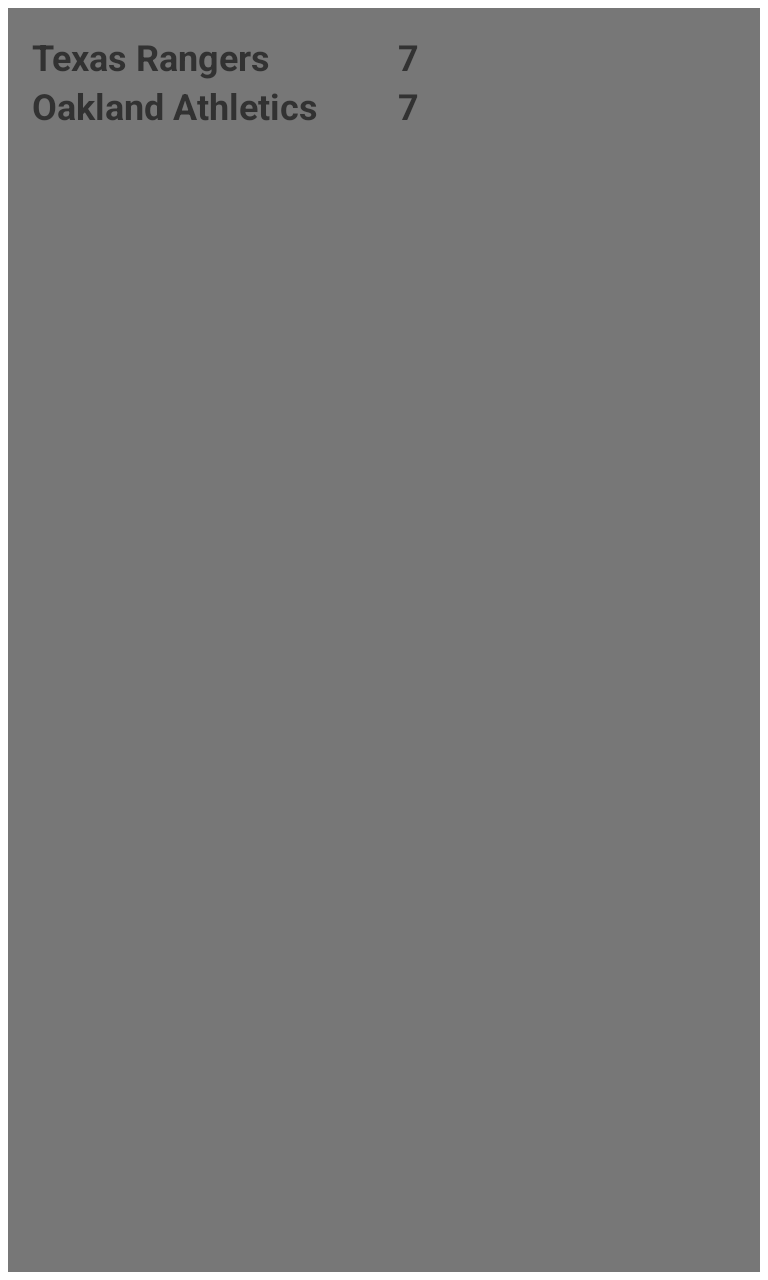
Repository: jemcphe/MDF3
Layout: Week3 Widget/TeamWidget/res/layout/widget_layout.xml
An editor plug-in stored every save of this project. The layout is shown before and after the next save, followed by the edit.
It is drawn on a 768 x 1280 px phone screen (xhdpi) without system bars, with theme AppTheme; the app's code is not run.

Above is the layout before, as saved 2013-07-26 21:57:45.

After the next save:
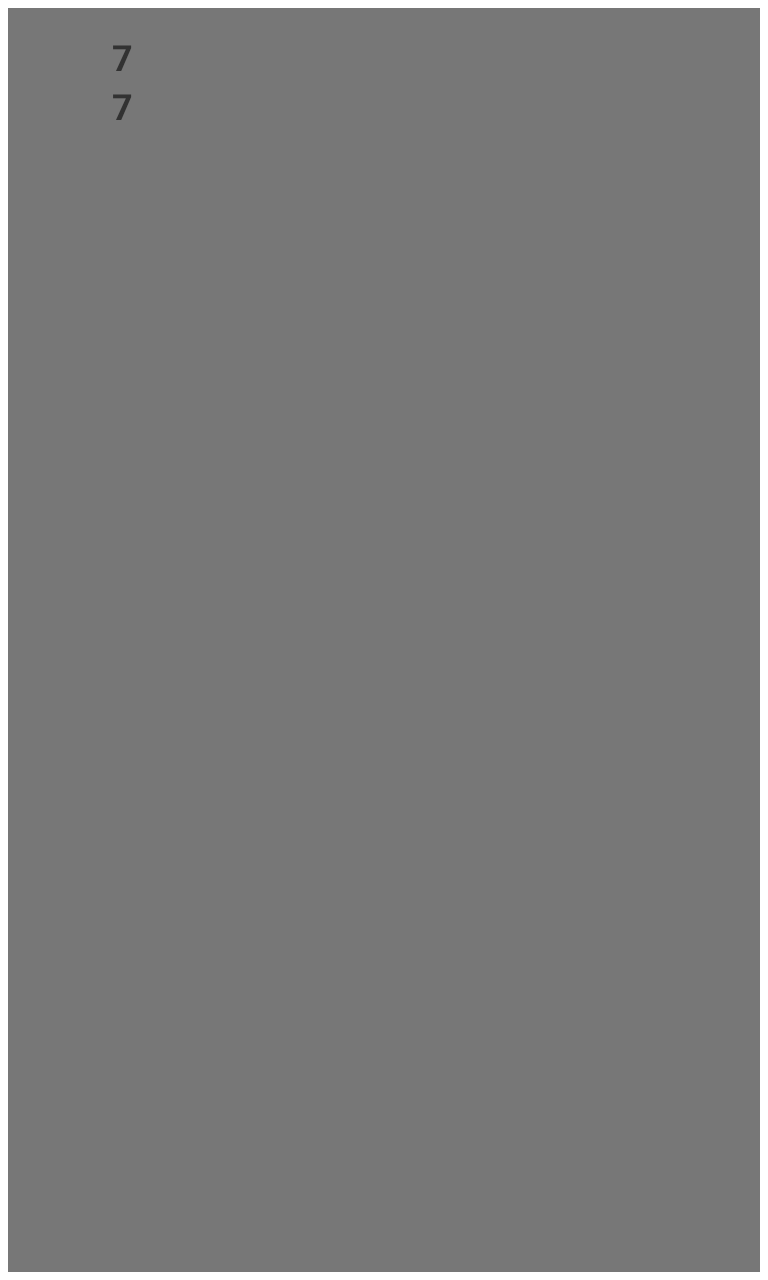
Saved 111 s later.
--- a/Week3 Widget/TeamWidget/res/layout/widget_layout.xml
+++ b/Week3 Widget/TeamWidget/res/layout/widget_layout.xml
@@ -18,7 +18,6 @@
 	        android:layout_width="wrap_content"
 	        android:layout_height="wrap_content"
 	        android:layout_weight="2"
-	        android:text="Texas Rangers"
 	        android:textSize="18sp"
 	        android:textStyle="bold"/>
 
@@ -37,7 +36,6 @@
 	        android:layout_width="wrap_content"
 	        android:layout_height="wrap_content"
 	        android:layout_weight="2"
-	        android:text="Oakland Athletics"
 	        android:textSize="18sp"
 	        android:textStyle="bold" />
 
